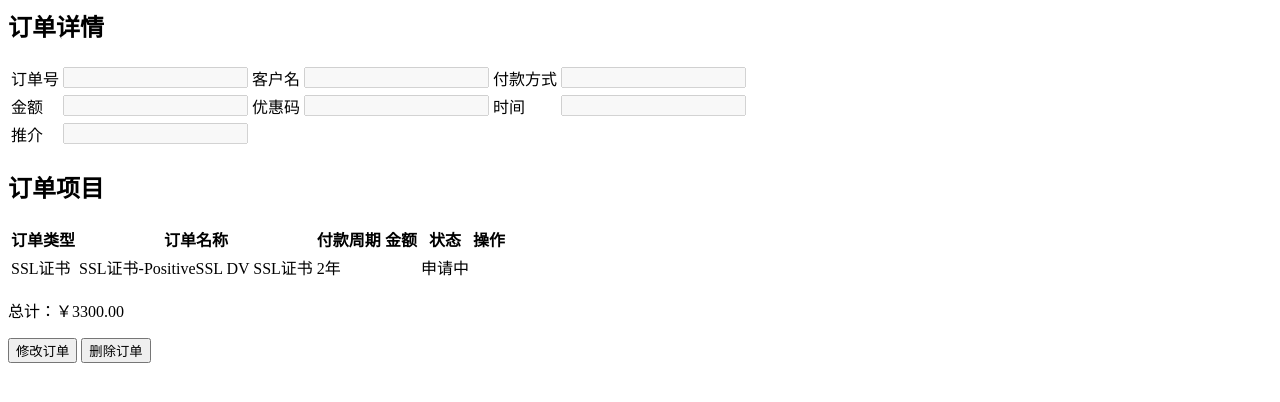
Repository: wangyan466393/racentSystem
Page: orderDetail.html
These files come from the project's save history. The page is drawn as it stood at one moment and after the next save; the edit follows.
The browser window is 1280 px wide. The pictures show the whole page.

Above is the page before, as saved 2020-08-13 16:49:14.

After the next save:
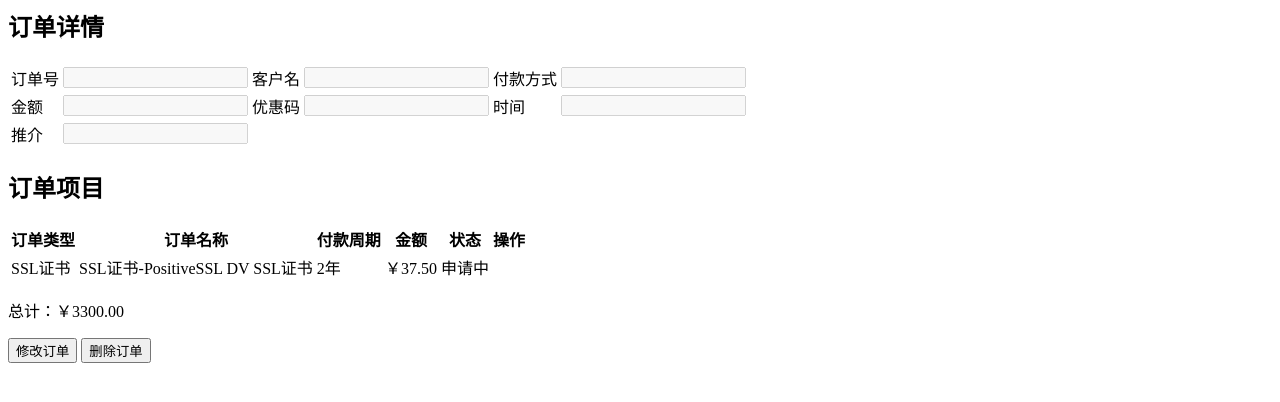
Saved 2 min 4 s later.
--- a/orderDetail.html
+++ b/orderDetail.html
@@ -49,7 +49,7 @@
                         <td>SSL证书</td>
                         <td>SSL证书-PositiveSSL DV SSL证书</td>
                         <td>2年</td>
-                        <td></td>
+                        <td><span>￥37.50</span></td>
                         <td>申请中</td>
                         <td></td>
                     </tr>
